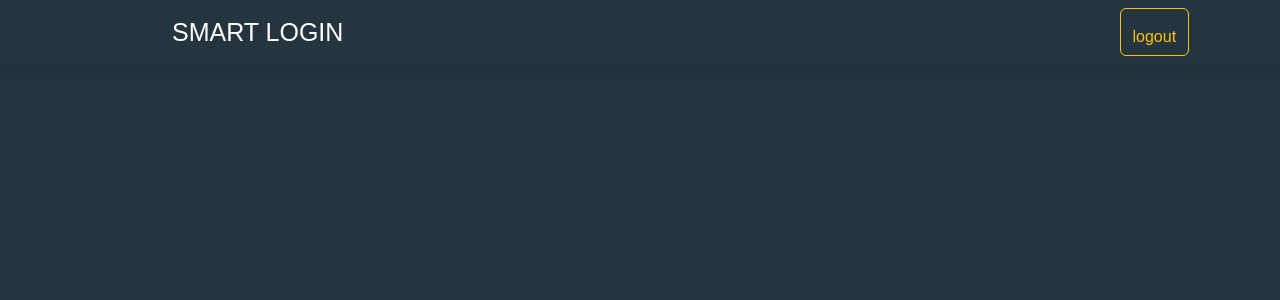
Repository: bodajava/TASK-4
Page: theerdIndex.html
The author's editor kept a copy of each file at every save. The page is drawn from the files as they stood at one save, then again after the next save.
The browser window is 1280 px wide. The pictures show the whole page.

Above is the page before, as saved 2025-06-18 18:25:20.

### theerdIndex.html
<!DOCTYPE html>
<html lang="en">
  <head>
    <link rel="stylesheet" href="CSS/all.min.css" />
    <link rel="stylesheet" href="CSS/bootstrap.css" />
    <link rel="stylesheet" href="CSS/style.css" />
    <meta charset="UTF-8" />
    <meta name="viewport" content="width=device-width, initial-scale=1.0" />
    <title>Document</title>
  </head>
  <body>
    <div id="container" class="container-fluid">
      <nav id="nav" class="container navbar navbar-expand-lg bg-body-tertiary">
        <div class="container-fluid">
          <a id="margen" class="navbar-brand" href="#">SMART LOGIN</a>

          <button
            class="navbar-toggler"
            type="button"
            data-bs-toggle="collapse"
            data-bs-target="#navbarSupportedContent"
            aria-controls="navbarSupportedContent"
            aria-expanded="false"
            aria-label="Toggle navigation"
          >
            <span class="navbar-toggler-icon"></span>
          </button>

          <div class="collapse navbar-collapse" id="navbarSupportedContent">
            <ul class="navbar-nav ms-auto mb-2 mb-lg-0">
              <!-- غيرت me-auto لـ ms-auto عشان يروح يمين -->
              <li>
                <a class="pt-3 btn btn-outline-warning w-100" href="">logout</a>
              </li>
            </ul>
          </div>
        </div>

      </nav>
    </div>
    <script src="js/bootstrap.bundle.min.js"></script>
    <script src="js/index.js"></script>
  </body>
</html>

### CSS/style.css
* {
  padding: 0;
  margin: 0;
  box-sizing: border-box;
}

body {
  background-color: #24353f;
  display: flex;
  justify-content: center;
  align-items: center;
  font-family: Arial, sans-serif;
}

#item {
  margin-top: 60px;
  margin-left: 390px;
  margin-right: 390px;
  padding-left: 15px;
  padding-right: 15px;
}

#item2 {
  box-shadow: 0 0 20px rgba(0, 0, 0, 0.2);
  margin-left: 138.75px;
  margin-right: 138.75px;
  padding-left: 60px;
  padding-right: 60px;
  padding-top: 60px;
  padding-bottom: 60px;
}

h1 {
  color: #189bb1;
}

.anchor {
  text-decoration: none;
}

.anchor:hover {
  text-decoration: underline;
}

.paragraph {
  font-size: 20px;
  line-height: 30px;
  font-weight: 400;
  color: white;
}

.paragraph a {
  font-size: 20px;
  line-height: 30px;
  font-weight: 400;
  color: white;
}

.form-control {
  background-color: #24353f;
  border: 1px solid white;
  color: #fff;
  border-radius: 5px;
}

.form-control::placeholder {
  color: #a0a0a0;
}

.form-control:focus {
  background-color: #24353f;
  color: #fff;
  border-color: #189bb1;
  outline: none;
  box-shadow: none;
}

.btnn {
  text-decoration: none;
  color: #189bb1;
}

.btnn:hover {
  color: white;
}

#box {
  box-shadow: 0 0 20px rgba(0, 0, 0, 0.2);
}

#nav {
  background-color: #24353f !important;
}

#container {
  box-shadow: 0 0 20px rgba(0, 0, 0, 0.2);
}

#margen {
  margin-left: 90px;
  font-size: 25px;
  line-height: 38px;
  font-weight: 400;
  color: white;
}

Loaded but not shown: CSS/all.min.css (library); CSS/bootstrap.css (library); js/bootstrap.bundle.min.js (library); js/index.js (no copy from this time; the picture is the same without it)

After the next save:
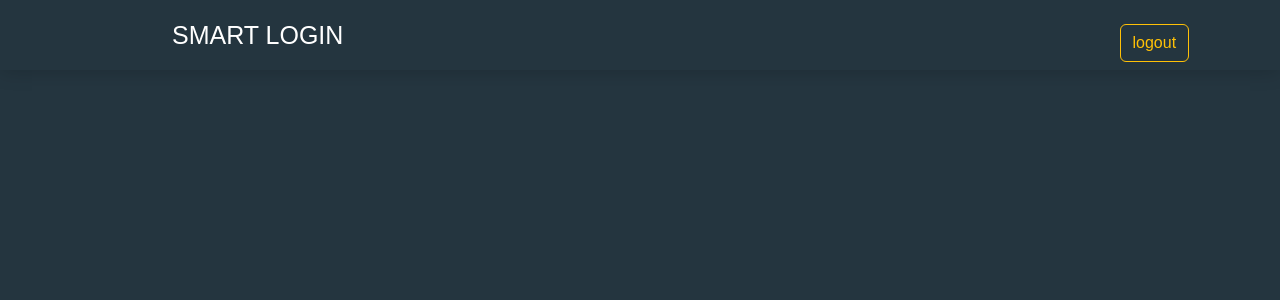
Saved 8 s later.
--- a/theerdIndex.html
+++ b/theerdIndex.html
@@ -30,7 +30,7 @@
             <ul class="navbar-nav ms-auto mb-2 mb-lg-0">
               <!-- غيرت me-auto لـ ms-auto عشان يروح يمين -->
               <li>
-                <a class="pt-3 btn btn-outline-warning w-100" href="">logout</a>
+                <a class="mt-3 btn btn-outline-warning w-100" href="">logout</a>
               </li>
             </ul>
           </div>
